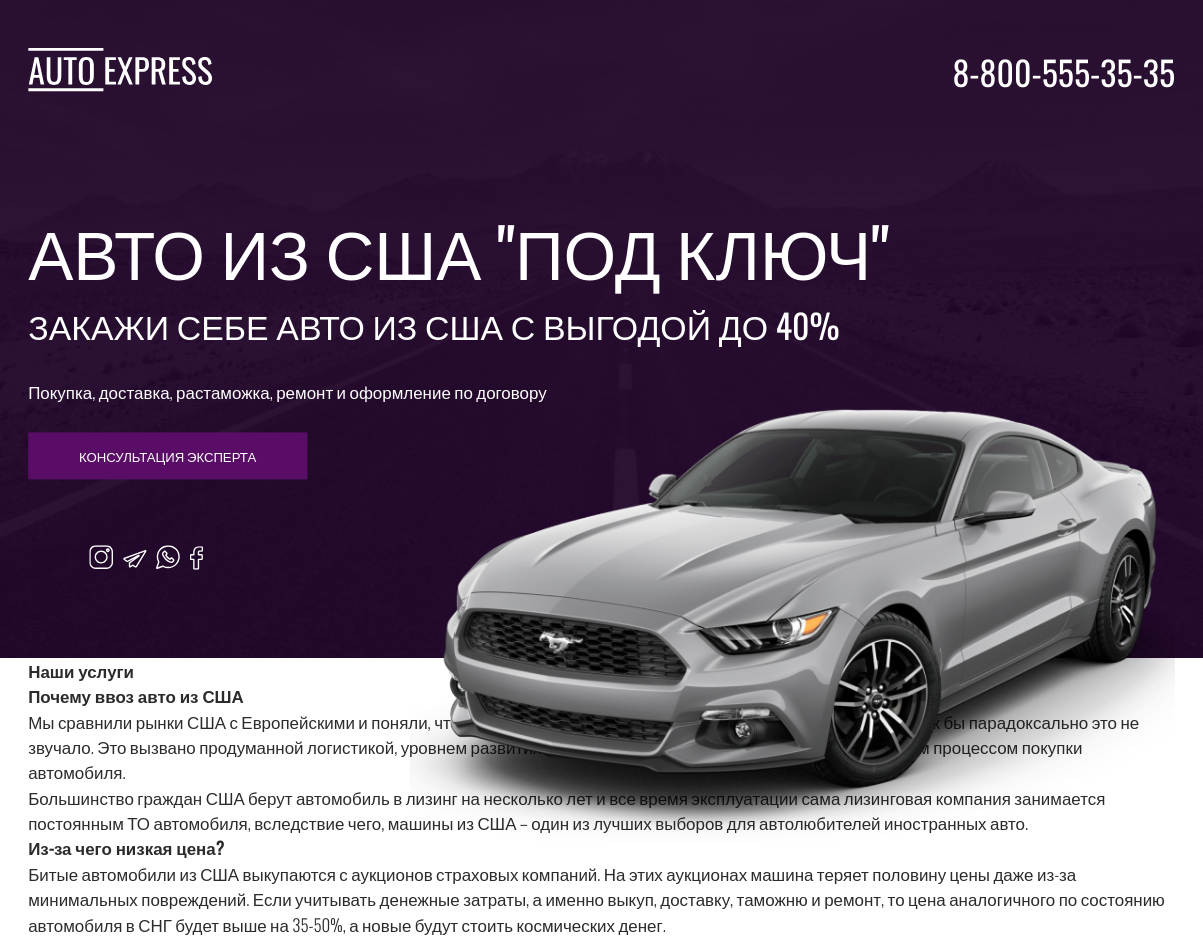
Repository: AlexandrLewandowski/site-1
Page: start/index.html
An editor plug-in stored every save of this project. The page is shown before and after the next save, followed by the edit.
The browser window is 1280 px wide. The pictures show the whole page, at 94% of full size.

Above is the page before, as saved 2024-04-28 19:53:31.

After the next save:
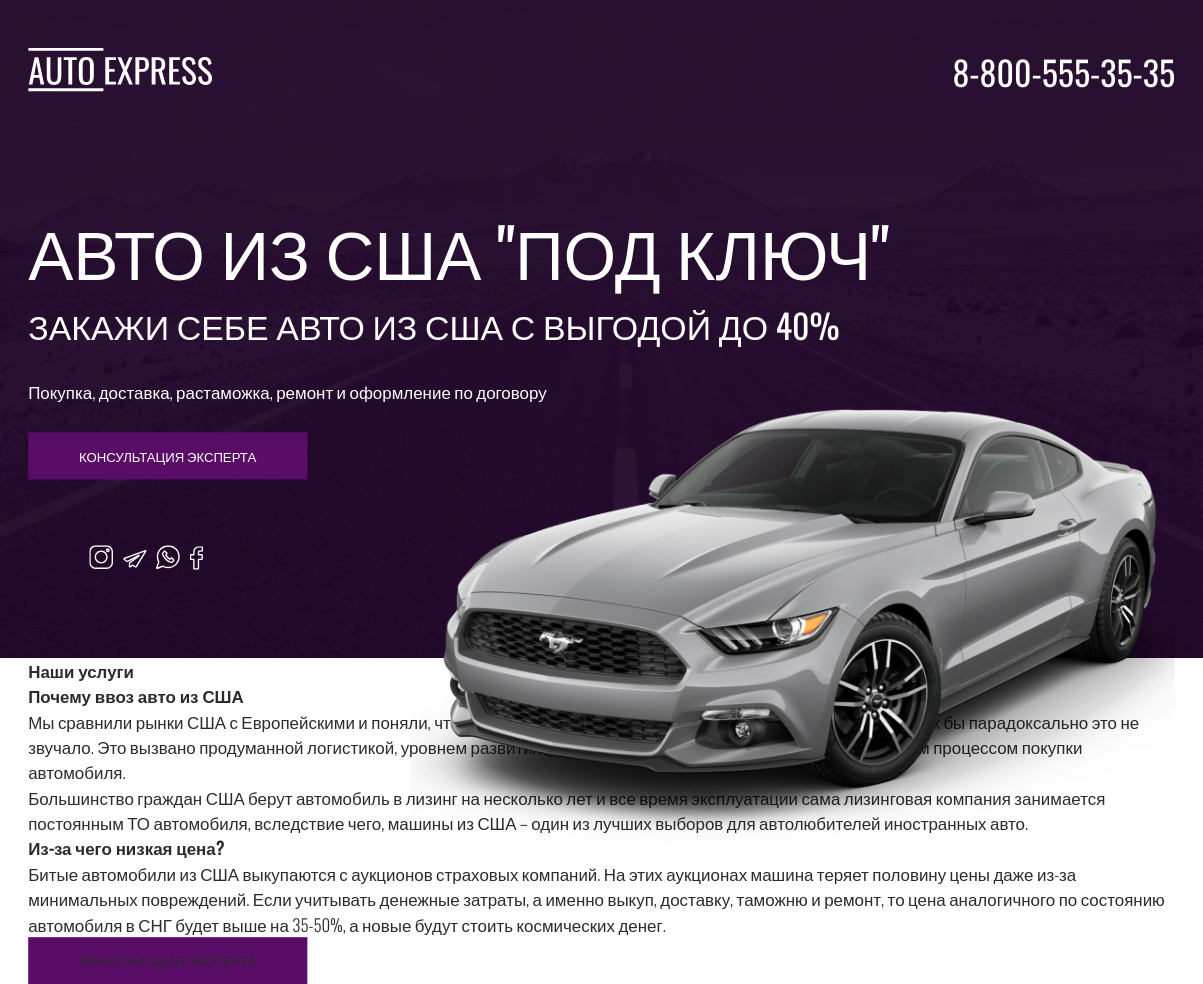
Saved 4 min 50 s later.
--- a/start/index.html
+++ b/start/index.html
@@ -91,6 +91,7 @@
                             </p>
                         </div>
                     </div>
+                    <a class="button" href="#">консультация эксперта</a>
                 </div>
                 <ol class="services__items"></ol>
             </div>
